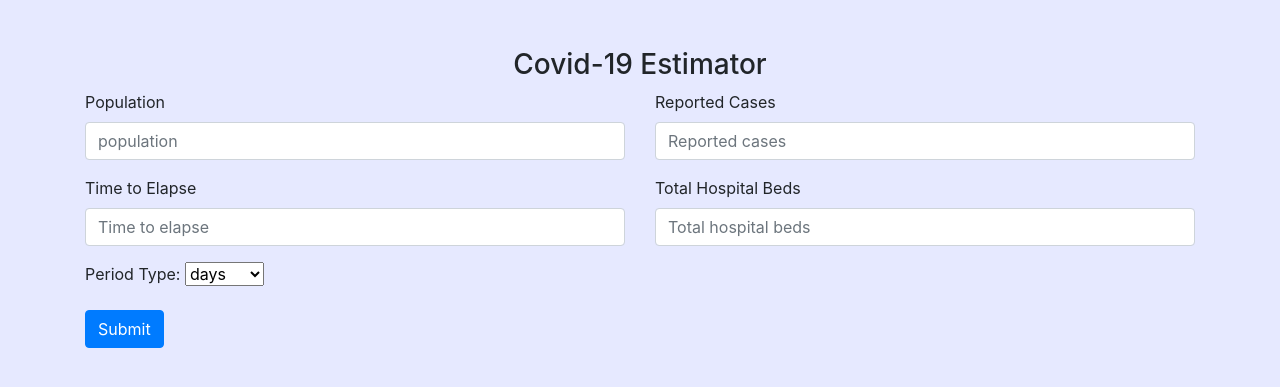
Repository: AbonyiXavier/FrontendUI--challenge-4
Page: index.html
The author's editor kept a copy of each file at every save. The page is drawn from the files as they stood at one save, then again after the next save.
The browser window is 1280 px wide. The pictures show the whole page.

Above is the page before, as saved 2020-04-11 18:44:04.

### index.html
<!DOCTYPE html>
<html lang="en">
  <head>
    <meta charset="UTF-8" />
    <meta name="viewport" content="width=device-width, initial-scale=1.0" />
    <title>COVID-19 Estimator</title>
    <link rel="stylesheet" href="./CSS/bootstrap.css" />
    <link rel="stylesheet" href="./CSS/style.css" />
  </head>
  <body>
    <div class="container">
      <h3 class="text-center mt-5">Covid-19 Estimator</h3>
      <form>
        <div class="row">
          <div class="col-md-6">
            <div class="form-group">
              <label for="Population">Population</label>
              <input
                type="text"
                class="form-control"
                id="population"
                data-population
                required
                placeholder="population"
              />
            </div>
            <div class="form-group">
              <label for="Time to Elapse">Time to Elapse</label>
              <input
                type="text"
                class="form-control"
                id="timeToElapse"
                data-time-to-elapse
                required
                placeholder="Time to elapse"
              />
            </div>
          </div>
          <div class="col-md-6">
            <div class="form-group">
              <label for="Reported Cases">Reported Cases</label>
              <input
                type="text"
                class="form-control"
                id="reportedCases"
                data-reported-cases
                required
                placeholder="Reported cases"
              />
            </div>
            <div class="form-group">
              <label for="Total Hospital Beds">Total Hospital Beds</label>
              <input
                type="text"
                class="form-control"
                id="totalHospitalBeds"
                data-total-hospital-beds
                required
                placeholder="Total hospital beds"
              />
            </div>
          </div>
        </div>
        <div class="form-group">
          <label for="cars">Period Type:</label>
          <select id="periodType" data-period-type required>
            <option value="days">days</option>
            <option value="weeks">weeks</option>
            <option value="months">months</option>
          </select>
        </div>
        <button type="submit" class="btn btn-primary" data-go-estimate>
          Submit
        </button>
      </form>
    </div>
    <script src="./js/jquery.js"></script>
    <script src="./js/bootstrap.js"></script>
  </body>
</html>

### CSS/style.css
body {
    background: #e6e9ff;
}

Loaded but not shown: CSS/bootstrap.css (library); js/jquery.js (library); js/bootstrap.js (library)

After the next save:
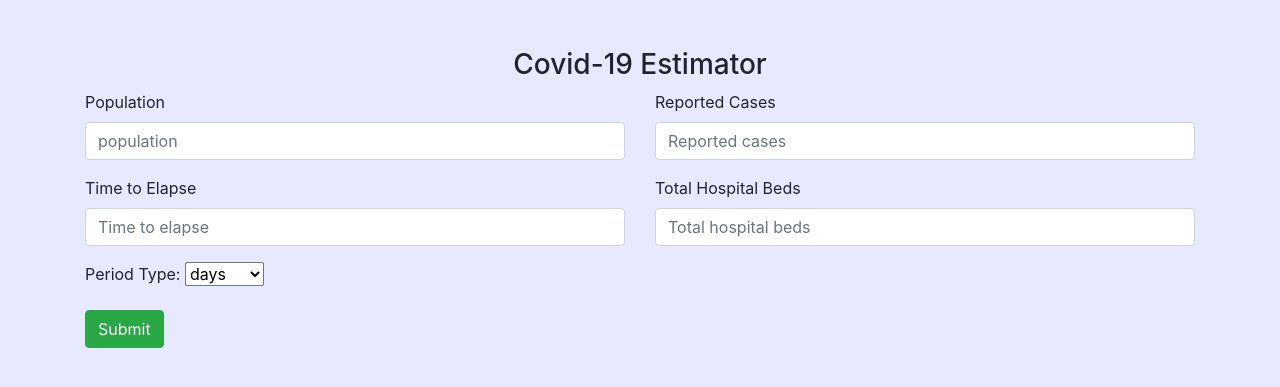
Saved 29 min 0 s later.
--- a/index.html
+++ b/index.html
@@ -69,7 +69,7 @@
             <option value="months">months</option>
           </select>
         </div>
-        <button type="submit" class="btn btn-primary" data-go-estimate>
+        <button type="submit" class="btn btn-success" data-go-estimate>
           Submit
         </button>
       </form>
